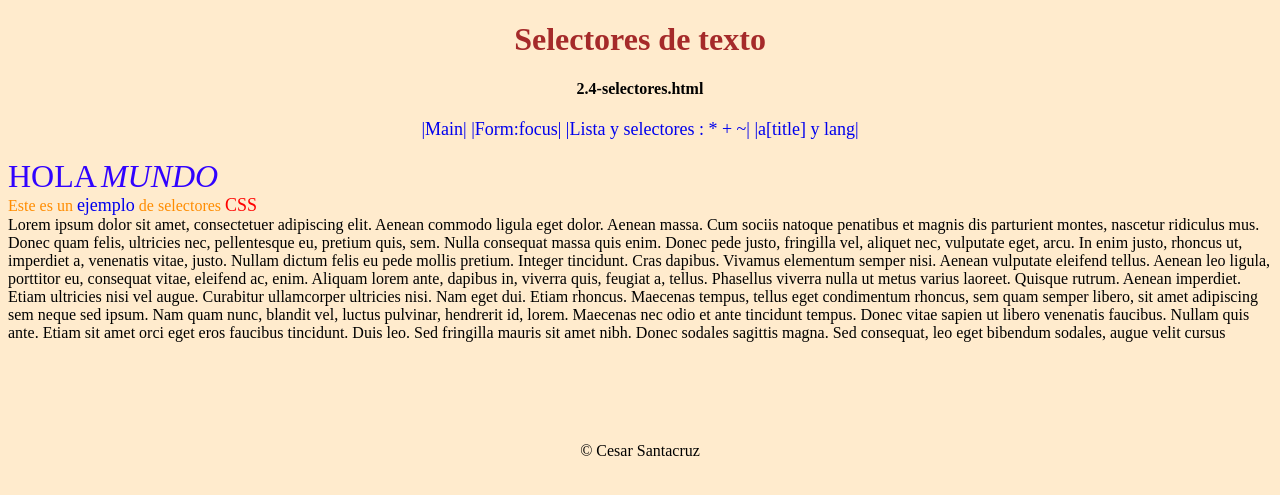
Repository: cesarsant0203/My_Study
Page: Introducción al desarrollo web/2-Css/2.4-selectores_css.html
The author's editor kept a copy of each file at every save. The page is drawn from the files as they stood at one save, then again after the next save.
The browser window is 1280 px wide. The pictures show the whole page.

Above is the page before, as saved 2020-04-28 19:49:38.

### Introducción al desarrollo web/2-Css/2.4-selectores_css.html
<!DOCTYPE html>
<html lang="es">

<head>
    <meta charset="utf-8" />
    <title> Selectores CSS </title>
    <link href="2.4-selectores_css.css" rel="stylesheet" />
</head>

<body>
    <h1 id="titulo">Selectores de texto</h1>
    <h4>2.4-selectores.html</h4>
    <section id="mySection" class="box">
        <nav>
            <a href="2.4-selectores_css.html">|Main|</a>
            <a href="2.4.2-selectores_css.html">|Form:focus|</a>
            <a href="2.4.3-selectores_css.html">|Lista y selectores : * + ~|</a>
            <a href="2.4.4-selectores_css.html">|a[title] y lang|</a>
        </nav>
    </section>
    <br/>
    <div id="holaMundo" class="box">
        <span>HOLA</span>
        <span id="mundo">MUNDO</span>
    </div>
    <span id="mySpan">Este es un <a href="#" class="bold">ejemplo</a> de selectores</span>
    <span class="bold red">CSS</span><br/> <span class="text">Lorem ipsum dolor sit amet, consectetuer adipiscing elit. Aenean commodo ligula
    eget dolor. Aenean massa. Cum sociis natoque penatibus et magnis dis parturient montes, nascetur ridiculus mus.
    Donec quam felis, ultricies nec, pellentesque eu, pretium quis, sem. Nulla consequat massa quis enim. Donec pede
    justo, fringilla vel, aliquet nec, vulputate eget, arcu. In enim justo, rhoncus ut, imperdiet a, venenatis vitae,
    justo. Nullam dictum felis eu pede mollis pretium. Integer tincidunt. Cras dapibus. Vivamus elementum semper nisi.
    Aenean vulputate eleifend tellus. Aenean leo ligula, porttitor eu, consequat vitae, eleifend ac, enim. Aliquam lorem
    ante, dapibus in, viverra quis, feugiat a, tellus. Phasellus viverra nulla ut metus varius laoreet. Quisque rutrum.
    Aenean imperdiet. Etiam ultricies nisi vel augue. Curabitur ullamcorper ultricies nisi. Nam eget dui. Etiam rhoncus.
    Maecenas tempus, tellus eget condimentum rhoncus, sem quam semper libero, sit amet adipiscing sem neque sed ipsum.
    Nam quam nunc, blandit vel, luctus pulvinar, hendrerit id, lorem. Maecenas nec odio et ante tincidunt tempus. Donec
    vitae sapien ut libero venenatis faucibus. Nullam quis ante. Etiam sit amet orci eget eros faucibus tincidunt. Duis
    leo. Sed fringilla mauris sit amet nibh. Donec sodales sagittis magna. Sed consequat, leo eget bibendum sodales,
    augue velit cursus
    </span>

    <footer>
        &copy Cesar Santacruz
    </footer>
</body>


</html>

### Introducción al desarrollo web/2-Css/2.4-selectores_css.css
/*tipo*/
*{
    background-color: blanchedalmond;
}
h1 {
    color: brown;
}

/*-----------------------*/

/*.clase*/
.box {
    background-color: none;
    color: aqua;
}

.bold {
    font-size: large;
}

.red {
    color: red;
}

/*-----------------------*/

/*#identificador*/
#holaMundo {
    color: rgb(49, 3, 255);
}

span#mySpan {
    color: darkorange;
}

/*-----------------------*/
div span {
    font-size: xx-large;
}

/*-----------------------*/

/* selector universal (*)*/
* {
    margin: 0, 2cm;
    padding: 0%;
}

/*-----------------------*/

/*dos puntos:*/
a:link {
    text-decoration: none;
}

a:visited {
    text-decoration: none;
}

a:hover {
    text-decoration: none;
    color: deeppink;
}

a:active {
    text-decoration: none;
    color: deeppink;
}
/*-----------------------*/
h1, h4, section {
    text-align: center;
}
section#mySection{
    font-size: large;
}
span#mundo {
    font-style: italic;
}
footer {
    position: relative;
    margin-top: 100px;
    text-align: center;
    height: 30px;
}

After the next save:
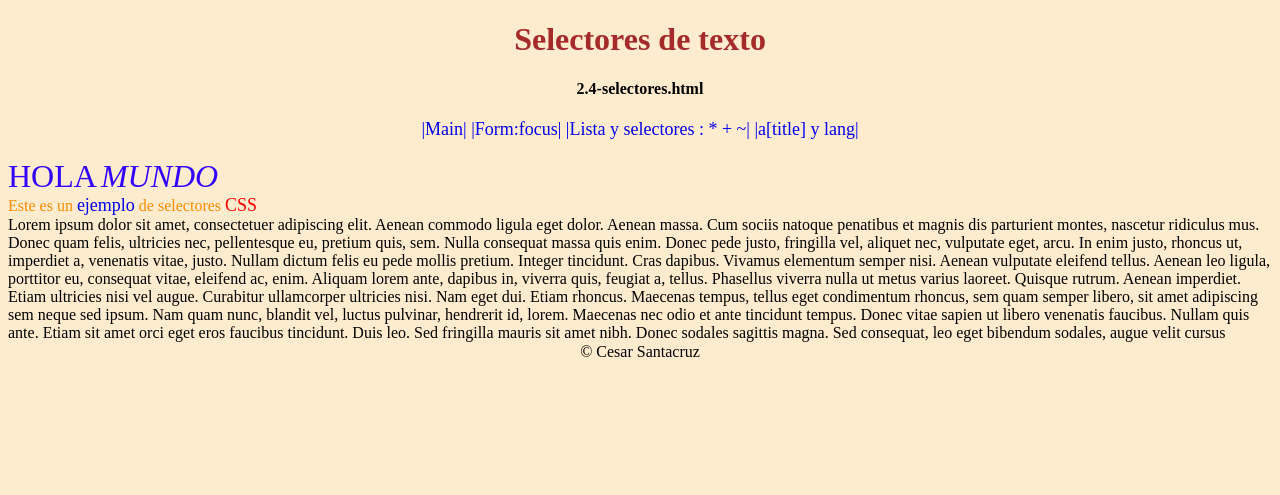
Saved 8 s later.
--- a/Introducción al desarrollo web/2-Css/2.4-selectores_css.css
+++ b/Introducción al desarrollo web/2-Css/2.4-selectores_css.css
@@ -78,7 +78,7 @@ span#mundo {
 }
 footer {
     position: relative;
-    margin-top: 100px;
+    margin-top: 1px;
     text-align: center;
     height: 30px;
 }
